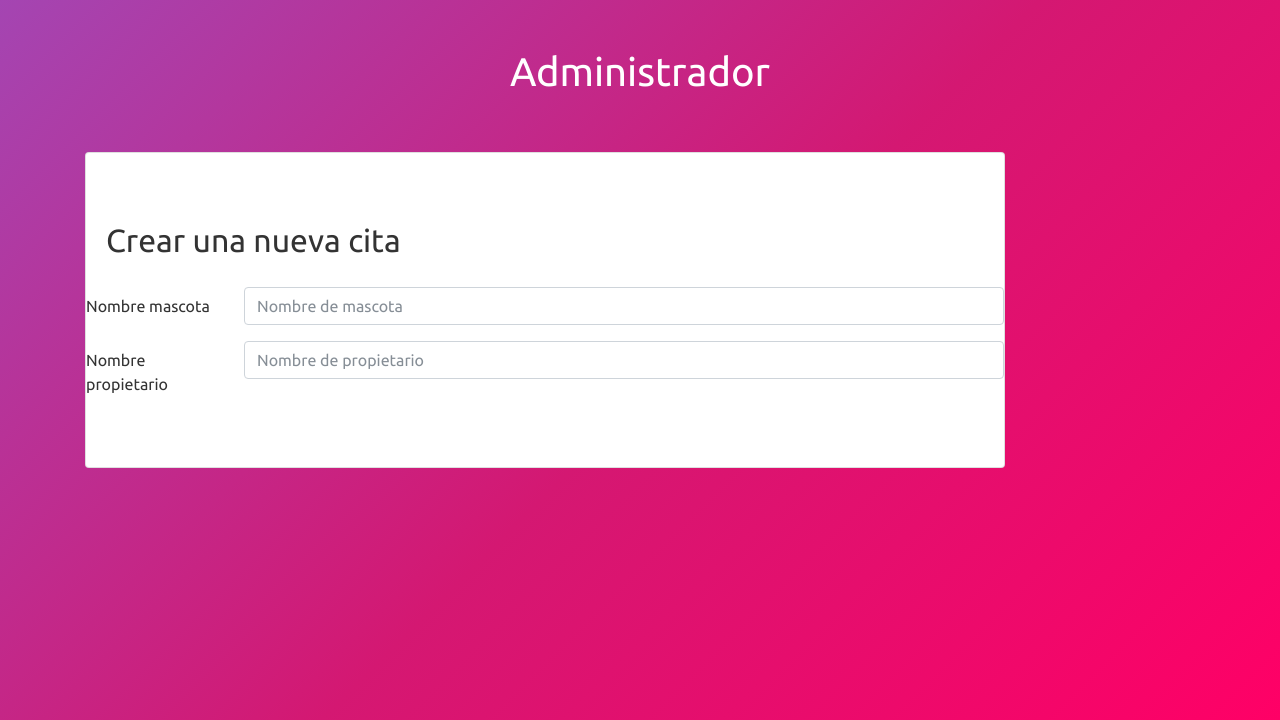
Repository: harrycampaz/react-veterinario-form
Page: /
These files come from the project's save history. The page is drawn as it stood at one moment and after the next save; the edit follows.
The browser window is 1280 px wide. The pictures show the whole page.
The project was rebuilt for these pictures with package versions that can differ from the ones it lists, and the page was loaded fresh each time.

Above is the page before, as saved 2020-01-16 14:14:10.

After the next save:
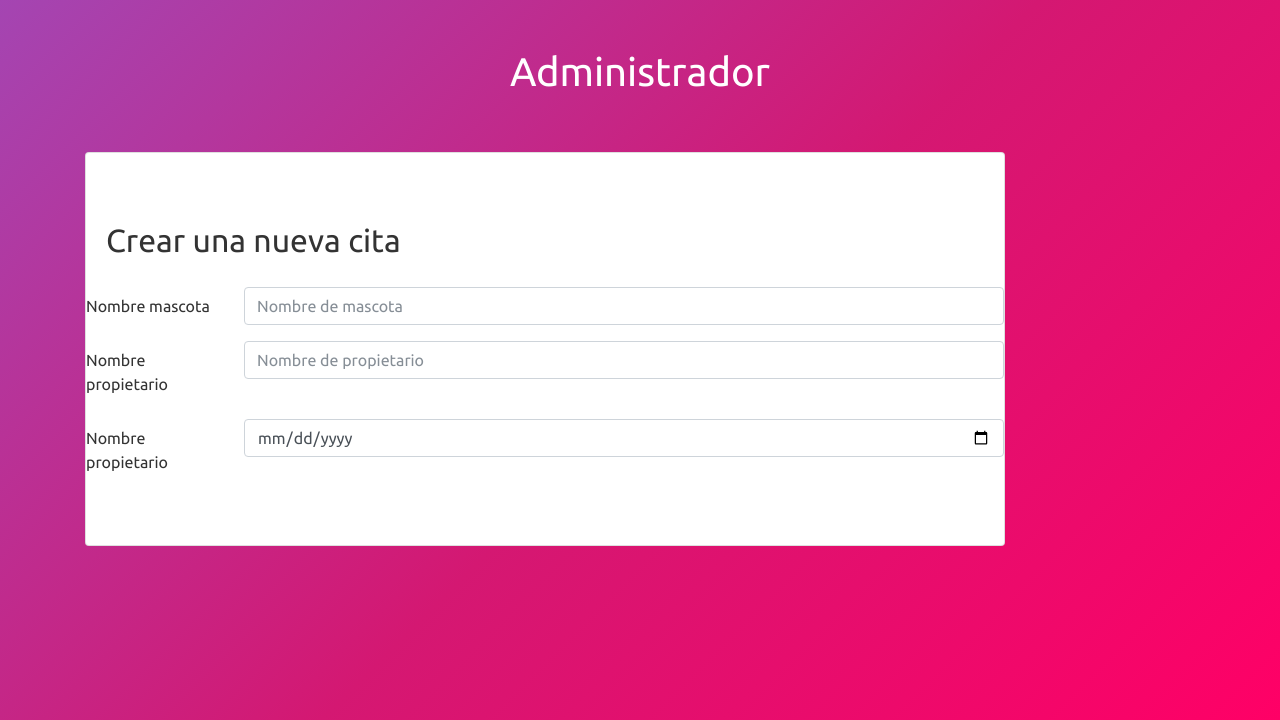
Saved 79 s later.
--- a/src/components/layout/NuevaCita.js
+++ b/src/components/layout/NuevaCita.js
@@ -37,6 +37,21 @@ class NuevaCita extends Component {
 
            </div>
           </div>
+
+          <div class="form-group row">
+            <label className='col-sm-4 col-lg-2 col-form-label' for="nombre">Nombre propietario</label>
+           <div className="col-sm-8 col-lg-10">
+           <input
+              type="date"
+              className="form-control"
+              name="propietario"
+              id="propietario"
+              aria-describedby="emailHelpId"
+              placeholder="Nombre de propietario"
+            />
+
+           </div>
+          </div>
         </form>
       </div>
     );
